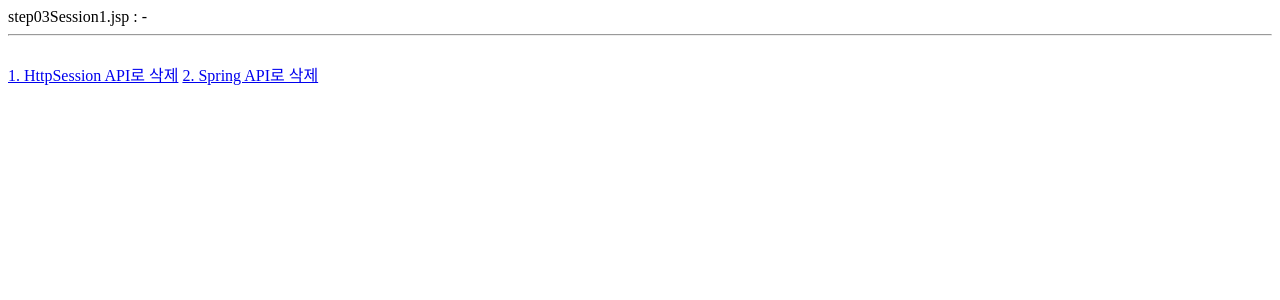
Repository: Encore-Playdata-Course/Spring
Page: http://localhost/step09_SpringMVC/step03Session1.jsp
The author's editor kept a copy of each file at every save. The page is drawn from the files as they stood at one save, then again after the next save.
The browser window is 1280 px wide. The pictures show the whole page.
The page is served by Tomcat 9.

Above is the page before, as saved 2021-01-29 08:01:30.

After the next save:
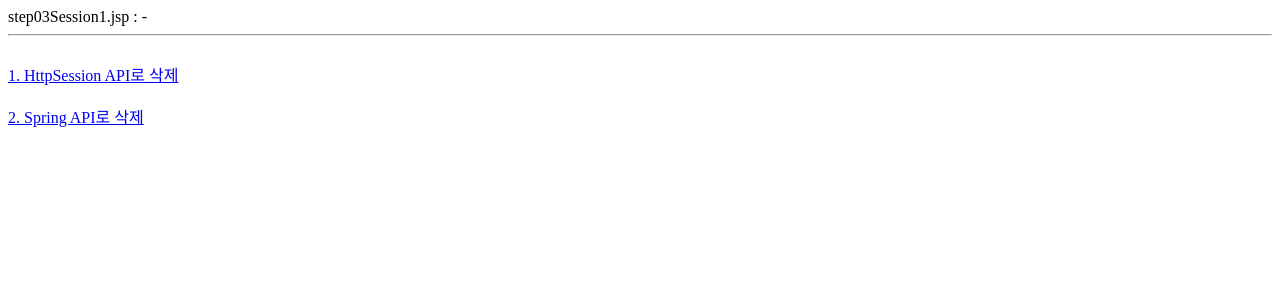
Saved 9 s later.
--- a/step09_SpringMVC/WebContent/step03Session1.jsp
+++ b/step09_SpringMVC/WebContent/step03Session1.jsp
@@ -11,6 +11,7 @@
 
 	<br><hr><br>
 	<a href="sessiontracking/sessionDelete">1. HttpSession API로 삭제</a>
+	<br><br>
 	<a href="sessiontracking/sessionDelete2">2. Spring API로 삭제</a>
 
 </body>
